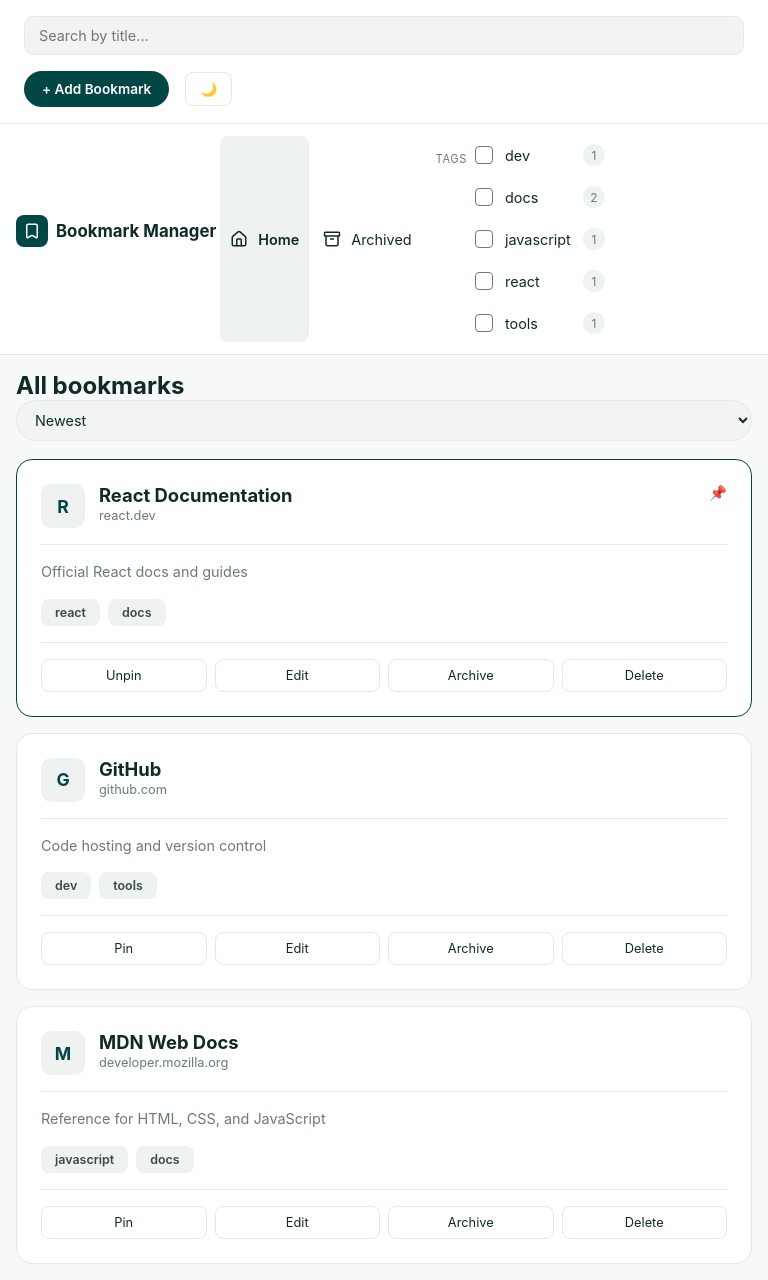
Repository: K0k1M4r/Big-Game-React
Page: /
The author's editor kept a copy of each file at every save. The page is drawn from the files as they stood at one save, then again after the next save.
The browser window is 768 px wide. The pictures show the whole page.
The project was rebuilt for these pictures with package versions that can differ from the ones it lists, and the page was loaded fresh each time. Also part of the build but not shown: vite.config.js, src/components/Modal.jsx, src/components/BookmarkForm.jsx.

Above is the page before, as saved 2026-09-23 18:40:53.

After the next save:
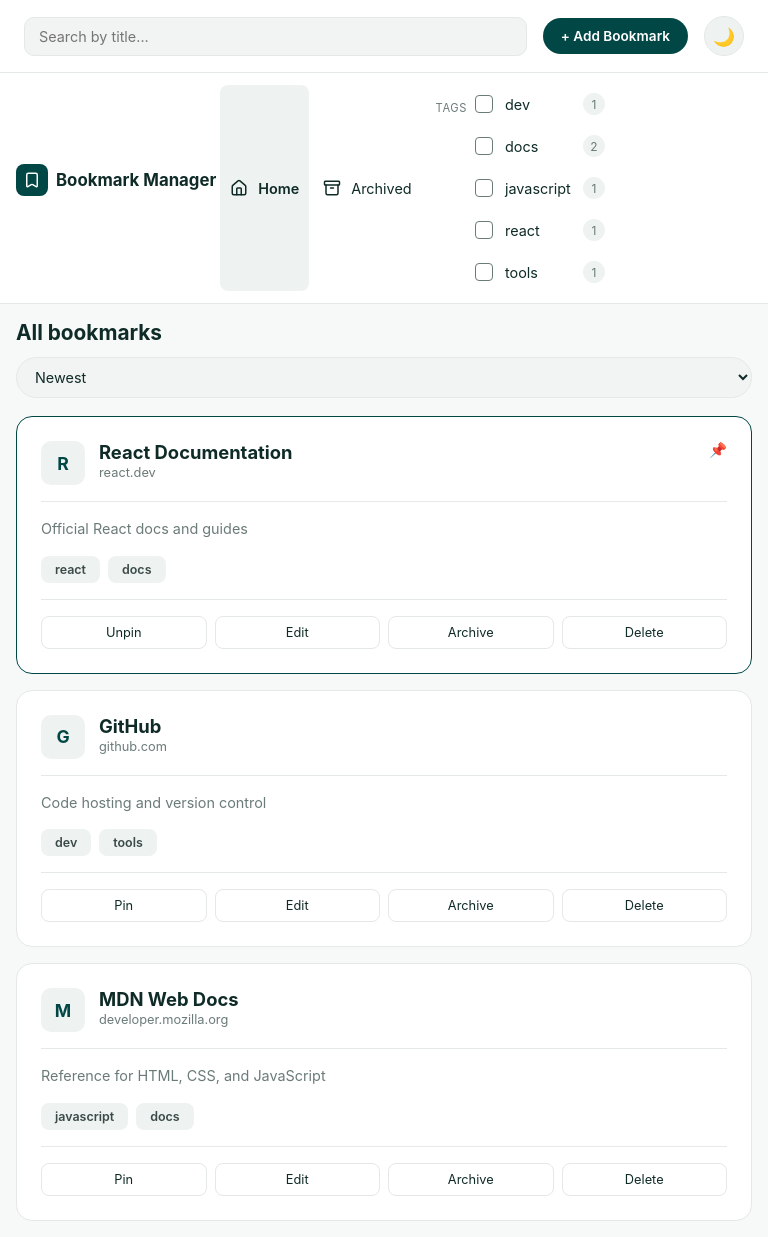
Saved 31 s later.
--- a/src/index.css
+++ b/src/index.css
@@ -108,8 +108,6 @@
   color: #ffffff;
 }
 
-
-
 /* ===== Sidebar ===== */
 .sidebar {
   width: 240px;
@@ -130,7 +128,6 @@
   align-items: center;
   gap: 8px;
 }
-
 
 .sidebar > button {
   display: flex;
@@ -145,7 +142,6 @@
   font-size: 0.9rem;
   color: var(--text-color);
 }
-
 
 .sidebar button.active {
   background-color: var(--tag-bg);
@@ -240,13 +236,8 @@
   padding: 16px 24px;
 }
 
-.app-header h1 {
-  font-size: 1.1rem;
-  white-space: nowrap;
-}
-
 .search-bar {
-  max-width: 340px;
+  flex: 1;
   border-radius: 999px;
 }
 
@@ -258,10 +249,25 @@
   padding: 10px 18px;
   font-weight: 600;
   white-space: nowrap;
+  flex-shrink: 0;
 }
 
 .add-bookmark-btn:hover {
   background-color: var(--accent-hover);
+}
+
+.theme-avatar-btn {
+  width: 40px;
+  height: 40px;
+  border-radius: 50%;
+  display: flex;
+  align-items: center;
+  justify-content: center;
+  background-color: var(--tag-bg);
+  border: 1px solid var(--border-color);
+  font-size: 1.1rem;
+  flex-shrink: 0;
+  padding: 0;
 }
 
 /* ===== Main Content ===== */
@@ -273,22 +279,16 @@
   gap: 18px;
 }
 
-.filter-bar {
-  display: flex;
-  flex-wrap: wrap;
-  gap: 8px;
-}
-
-.filter-bar button {
-  border-radius: 999px;
-  padding: 6px 14px;
-  font-size: 0.8rem;
-}
-
-.filter-bar button.active {
-  background-color: var(--accent-color);
-  color: #ffffff;
-  border-color: var(--accent-color);
+.content-header {
+  display: flex;
+  align-items: center;
+  justify-content: space-between;
+  gap: 12px;
+}
+
+.content-header h2 {
+  font-size: 1.3rem;
+  font-weight: 700;
 }
 
 .sort-select {
@@ -517,7 +517,10 @@
     grid-template-columns: 1fr;
   }
 
-  .search-bar,
+  .content-header {
+    flex-wrap: wrap;
+  }
+
   .sort-select {
     max-width: 100%;
   }
